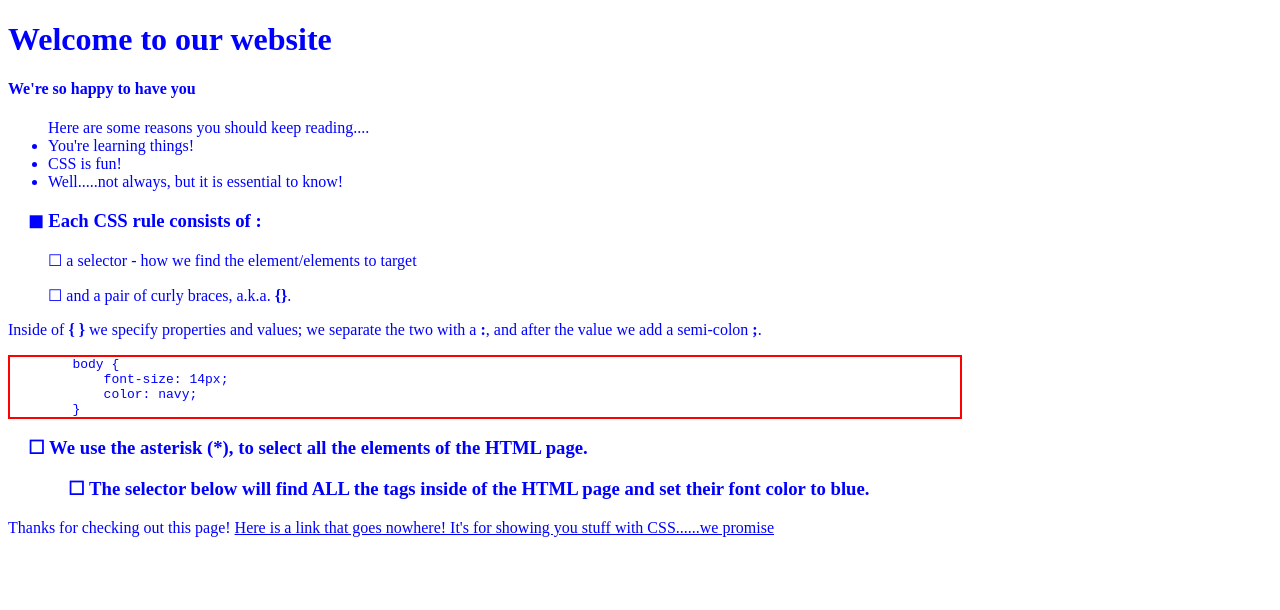
Repository: AnnaSpirit/Tests__
Page: CSS/Useful_Selectors.html
These files come from the project's save history. The page is drawn as it stood at one moment and after a run of saves; the edit follows.
The browser window is 1280 px wide. The pictures show the whole page.

Above is the page before, as saved 2024-04-01 12:34:57.

After the next 3 saves:
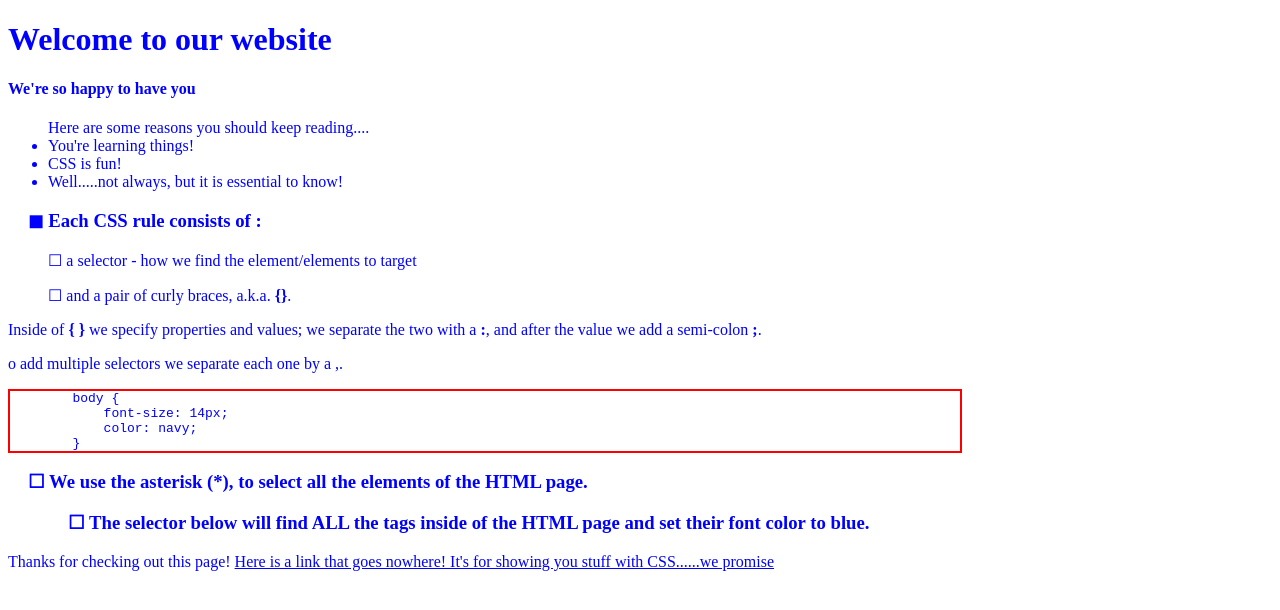
The 3 saves are shown as one change because they came seconds apart.
The last was saved 117 s later.
--- a/CSS/Useful_Selectors.html
+++ b/CSS/Useful_Selectors.html
@@ -23,6 +23,7 @@
             <p style="padding-left: 40px;"> &#9744; a selector - how we find the element/elements to target</p>
             <p style="padding-left: 40px;"> &#9744; and a pair of curly braces, a.k.a. <b>{}</b>.</p>
             <p>Inside of <b>{ }</b> we specify properties and values; we separate the two with a <b>:</b>, and after the value we add a semi-colon <b>;</b>.</p>
+            <p>o add multiple selectors we separate each one by a ,.</p>
     <span > <pre style="border: 2px solid red; margin-right: 310px">
         body {
             font-size: 14px;
